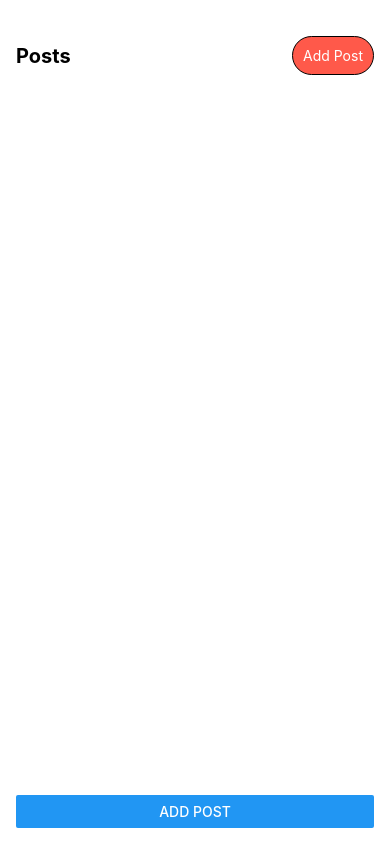
Repository: ntu34543/React-Native
Screen: / (app in demo/)
An editor plug-in stored every save of this project. The screen is shown before and after a run of saves, followed by the edit.
The page's requests for data from a server got no answer. The app was drawn by React Native's web renderer in a window 390 px wide. The project was rebuilt for these pictures with package versions that can differ from the ones it lists, and the page was loaded fresh each time. No one was signed in, and anything a server would have sent is missing.

Above is the screen before, as saved 2022-09-13 12:08:49.

### demo/App.js
import { StatusBar } from "expo-status-bar";
import { useEffect, useState } from "react";
import {
  Button,
  FlatList,
  StyleSheet,
  Text,
  View,
  TouchableOpacity,
} from "react-native";
import { AntDesign } from "@expo/vector-icons";

export default function App() {
  const [data, setData] = useState([]);

  const getPosts = () => {
    fetch("https://6995-14-224-144-137.ap.ngrok.io/posts")
      .then((res) => res.json())
      .then((resJson) => {
        console.log("data", resJson);
        setData(resJson);
      })
      .catch((e) => console.error(e));
  };

  const addPosts = (title, author) => {
    fetch("https://6995-14-224-144-137.ap.ngrok.io/posts", {
      method: "POST",
      headers: {
        "Content-Type": "application/json",
        Accept: "application/json",
      },
      body: JSON.stringify({
        title: title,
        author: author,
      }),
    })
      .then((res) => res.json())
      .then((resJson) => {
        console.log("data", resJson);
        getPosts();
      })
      .catch((e) => console.error(e));
  };

  const deletePost = (postId) => {
    fetch(`https://6995-14-224-144-137.ap.ngrok.io/posts/${postId}`, {
      method: "DELETE",
      headers: {
        "Content-Type": "application/json",
        Accept: "application/json",
      }
    })
      .then((res) => res.json())
      .then((resJson) => {
        console.log("delete", resJson);
        getPosts()
      })
      .catch((e) => console.error(e));
  }

  useEffect(() => {
    getPosts();
  }, []);

  return (
    <View style={styles.container}>
      <StatusBar style="auto" />
      <View style={styles.addPost}>
        <Text style={styles.title}>Posts</Text>
        <TouchableOpacity>
          <Text style={styles.btn}>Add Post</Text>
        </TouchableOpacity>
      </View>
      <FlatList
        data={data}
        keyExtractor={(item, index) => index.toString()}
        renderItem={({ item }) => {
          return (
            <View style={styles.container}>
              <View style={styles.showItem}>
                <View>
                  <Text>{item.title}</Text>
                  <Text>{item.author}</Text>
                </View>
                <TouchableOpacity onPress={() => deletePost(item.id)}>
                  <AntDesign name="delete" size={24} />
                </TouchableOpacity>
              </View>
            </View>
          );
        }}
      />
      <Button
        title="Add Post"
        onPress={() => {
          addPosts("title", "posts");
        }}
      />
    </View>
  );
}

const styles = StyleSheet.create({
  container: {
    flex: 1,
    backgroundColor: "#fff",
    justifyContent: "center",
    margin: 16,
  },
  title: {
    fontSize: 20,
    fontWeight: "bold",
  },
  btn: {
    backgroundColor: "#FF594A",
    borderWidth: 1,
    borderRadius: 99,
    padding: 10,
    color: "white",
  },
  showItem: {
    borderWidth: 1,
    borderColor: "black",
    padding: 16,
    flexDirection: "row",
    justifyContent: "space-between",
    alignItems: "center",
  },
  addPost: {
    flexDirection: "row",
    justifyContent: "space-between",
    alignItems: "center",
    marginTop: 20,
  },
});

After the next 2 saves:
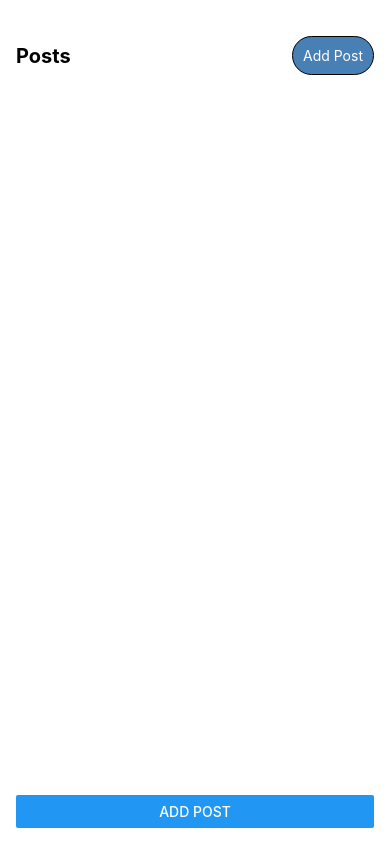
The 2 saves are shown as one change because they came seconds apart.
The last was saved 26 s later.
--- a/demo/App.js
+++ b/demo/App.js
@@ -113,7 +113,7 @@ const styles = StyleSheet.create({
     fontWeight: "bold",
   },
   btn: {
-    backgroundColor: "#FF594A",
+    backgroundColor: "#4880b5",
     borderWidth: 1,
     borderRadius: 99,
     padding: 10,
